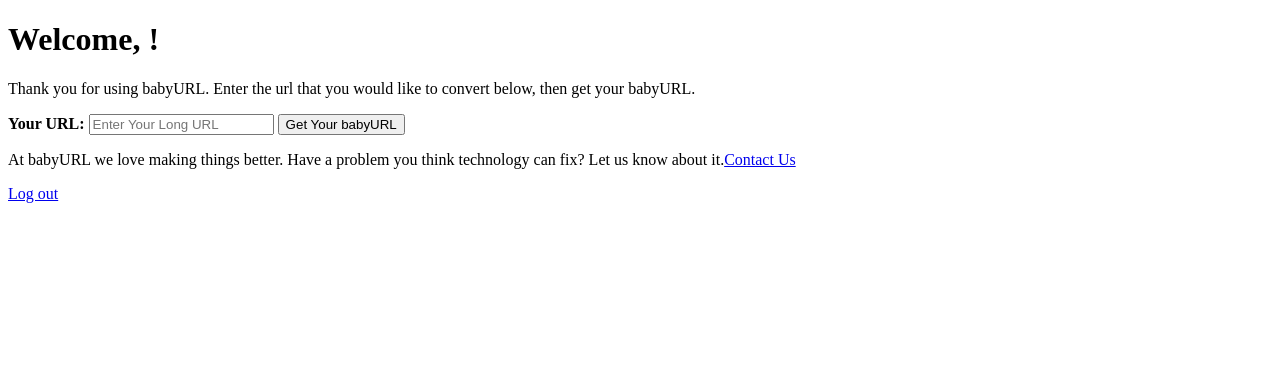
Repository: hrGuTou/babyURL
Page: templates/index.html
These files come from the project's save history. The page is drawn as it stood at one moment and after the next save; the edit follows.
The browser window is 1280 px wide. The pictures show the whole page.
The template is drawn by Flask 3. The application's start-up code is not run. Other server files are loaded and not shown. The template is opened directly, without the code that normally fills it, so the values that code supplies are empty.

Above is the page before, as saved 2020-08-21 20:27:05.

### app/templates/index.html
<!DOCTYPE html>
<html lang="en">
<head>
    <meta charset="UTF-8">
    <title>Title</title>
</head>
<body>

<h1>Welcome, {{ username }}!</h1>

<p>Thank you for using babyURL. Enter the url that you would like to convert below, then get your babyURL. </p>

<form action="">
    <label for="longurl"><b>Your URL:</b></label>
    <input type="text" placeholder="Enter Your Long URL" name="longurl" id="longurl" required>
    <button type="submit" value="Submit">Get Your babyURL</button>
  </form>

  <p>At babyURL we love making things better. Have a problem you think technology can fix? Let us know about it.<a href="#">Contact Us</a> </p>

<a href='/logout'>Log out</a>

</body>
</html>

After the next save:
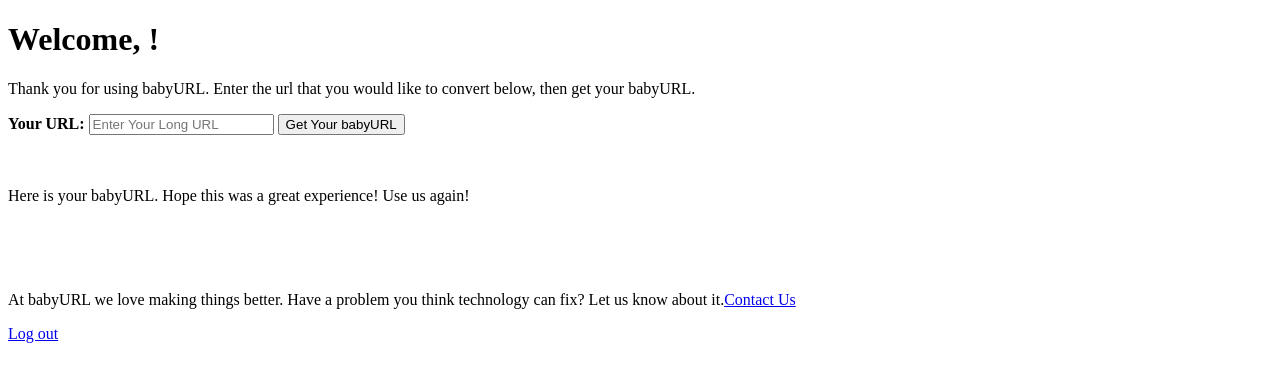
Saved 22 min 53 s later.
--- a/app/templates/index.html
+++ b/app/templates/index.html
@@ -14,9 +14,14 @@
     <label for="longurl"><b>Your URL:</b></label>
     <input type="text" placeholder="Enter Your Long URL" name="longurl" id="longurl" required>
     <button type="submit" value="Submit">Get Your babyURL</button>
+
   </form>
+<br><br>
+<p>Here is your babyURL. Hope this was a great experience! Use us again! </p><br>
+<output babyurl = "@self.app.route('/api/short')"> </output>
+<br><br>
 
-  <p>At babyURL we love making things better. Have a problem you think technology can fix? Let us know about it.<a href="#">Contact Us</a> </p>
+<p>At babyURL we love making things better. Have a problem you think technology can fix? Let us know about it.<a href="#">Contact Us</a> </p>
 
 <a href='/logout'>Log out</a>
 
